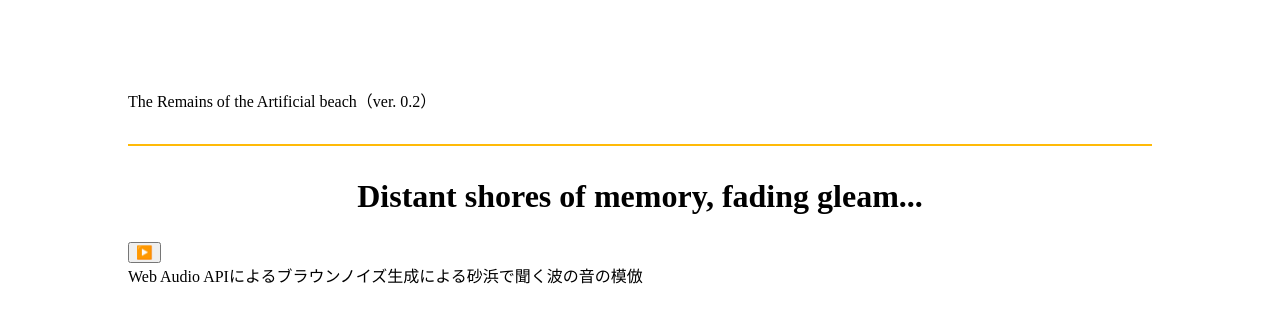
Repository: kimihiro-abe/GuuPun
Page: http://localhost/the_remains_of_the_artificial_beach/index
The author's editor kept a copy of each file at every save. The page is drawn from the files as they stood at one save, then again after the next save.
The browser window is 1280 px wide. The pictures show the whole page.
The page is this project's Thymeleaf template; nobody is signed in. The template is opened directly, without the code that normally fills it, so the values that code supplies are empty.

Above is the page before, as saved 2025-04-25 16:05:31.

After the next save:
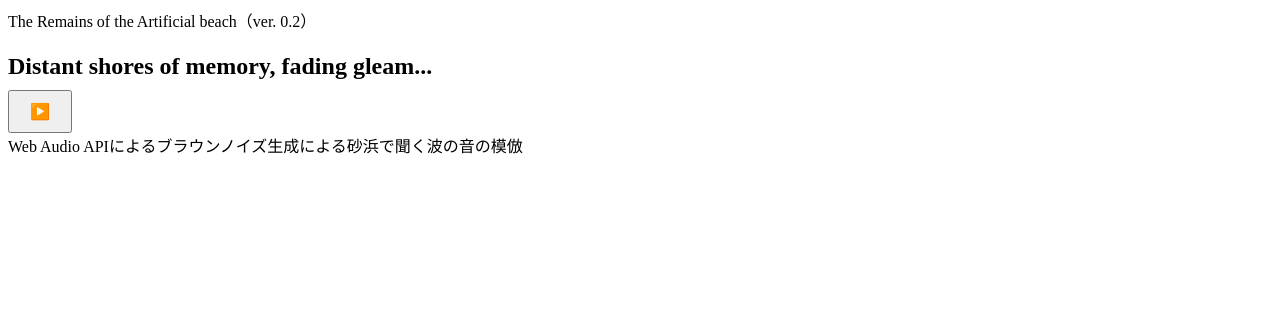
Saved 26 s later.
--- a/GuuPun/src/main/resources/templates/the_remains_of_the_artificial_beach/index.html
+++ b/GuuPun/src/main/resources/templates/the_remains_of_the_artificial_beach/index.html
@@ -4,7 +4,7 @@
 	<meta charset="UTF-8">
 	<title>The Remains of the Artificial beach</title>
 
-	<link href="/css/forgotten_mimolette.css" th:href="@{/css/forgotten_mimolette.css}" rel="stylesheet">
+	<link href="/css/the_remains_of_the_artificial_beach.css" th:href="@{/css/the_remains_of_the_artificial_beach.css}" rel="stylesheet">
 
     <link rel="preconnect" href="https://fonts.googleapis.com">
 	<link rel="preconnect" href="https://fonts.gstatic.com" crossorigin>
